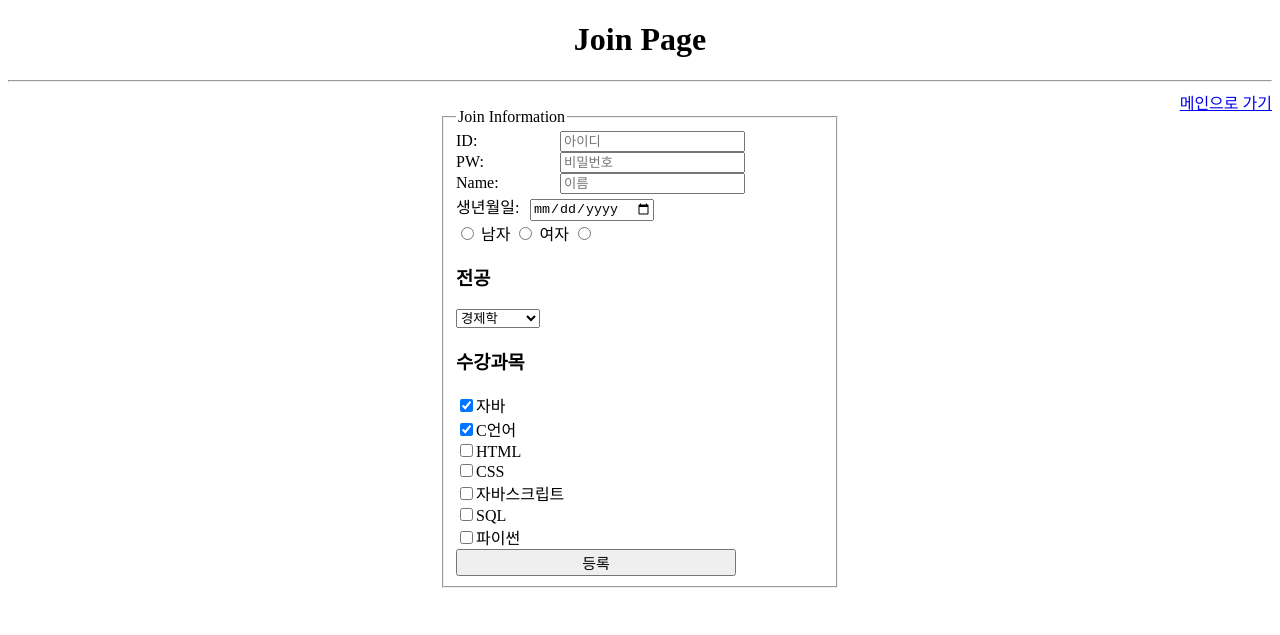
Repository: ByeonYJ/CSSTest
Page: GMSUI/WebContent/member/join.html
An editor plug-in stored every save of this project. The page is shown before and after the next save, followed by the edit.
The browser window is 1280 px wide. The pictures show the whole page.

Above is the page before, as saved 2017-07-20 03:29:15.

After the next save:
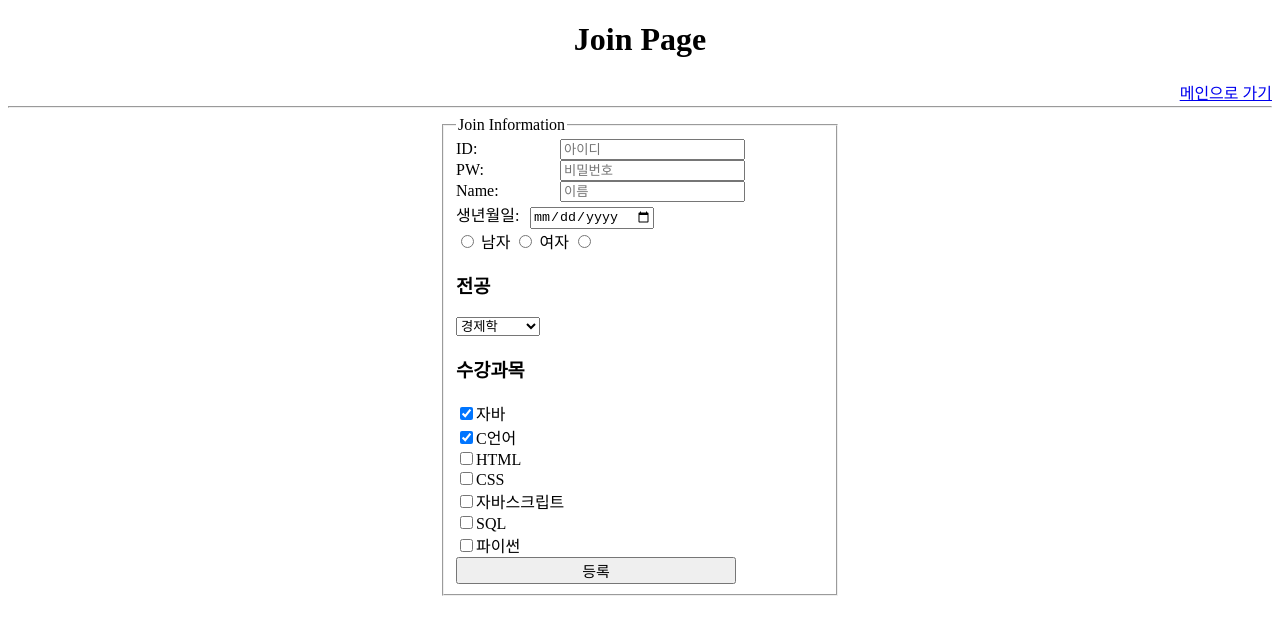
Saved 10 s later.
--- a/GMSUI/WebContent/member/join.html
+++ b/GMSUI/WebContent/member/join.html
@@ -21,8 +21,8 @@
 <body>
 <div id="wrapper" class="width-100pro">
 <h1 style="text-align: center;">Join Page</h1>
+<a href="..index.html"class="float-right">메인으로 가기</a><br/>
 <hr/>
-<a href="..index.html"class="float-right">메인으로 가기</a><br/>
 </div>
 <div id="container" class="margin-auto" style="width: 400px">
 	<form id="join_form "action="">
